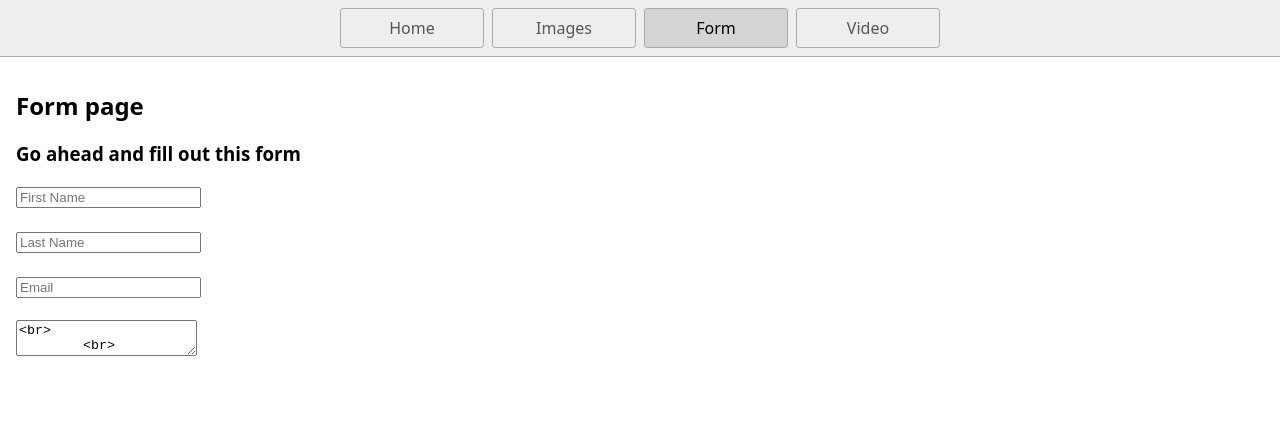
Repository: sebas6292/palmTree-Final
Page: Form.html
These files come from the project's save history. The page is drawn as it stood at one moment and after the next save; the edit follows.
The browser window is 1280 px wide. The pictures show the whole page.

Above is the page before, as saved 2023-05-27 11:05:53.
Not found: script.js

After the next save:
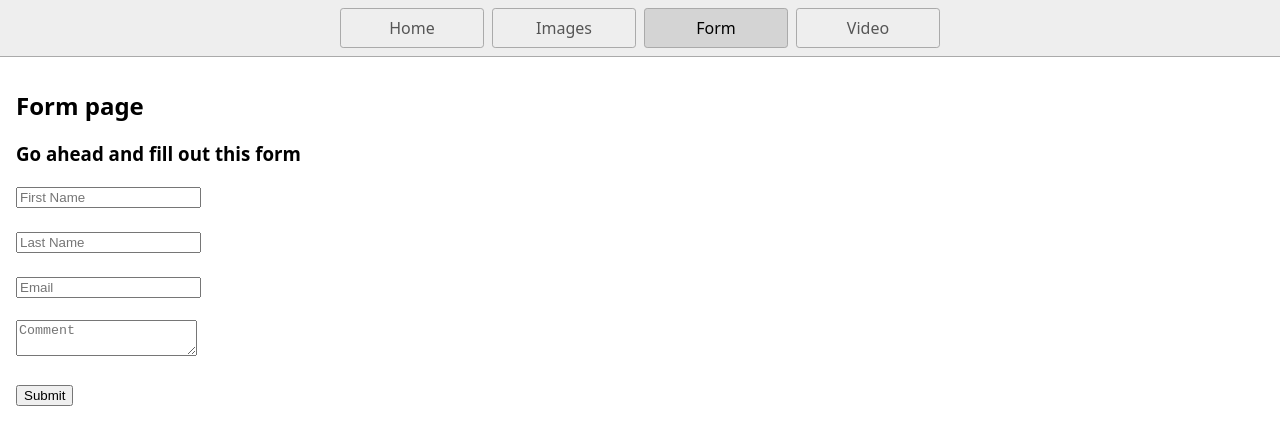
Saved 13 s later.
--- a/Form.html
+++ b/Form.html
@@ -29,7 +29,7 @@
         <br>
         <input type="text" id="email" name="email" placeholder="Email"><br>
         <br>
-        <textarea type="text" id="comment" name="comment" placeholder="Comment"><br>
+        <textarea type="text" id="comment" name="comment" placeholder="Comment"></textarea><br>
         <br>
 
         <input type="submit" value="Submit">
